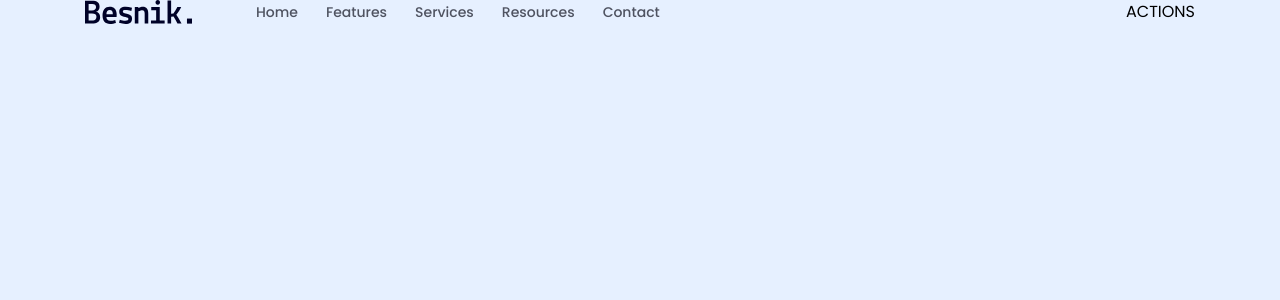
Repository: Tibi2003/f8-htmlcss-01
Page: index.html
The author's editor kept a copy of each file at every save. The page is drawn from the files as they stood at one save, then again after the next save.
The browser window is 1280 px wide. The pictures show the whole page.

Above is the page before, as saved 2024-02-05 15:50:43.

After the next save:
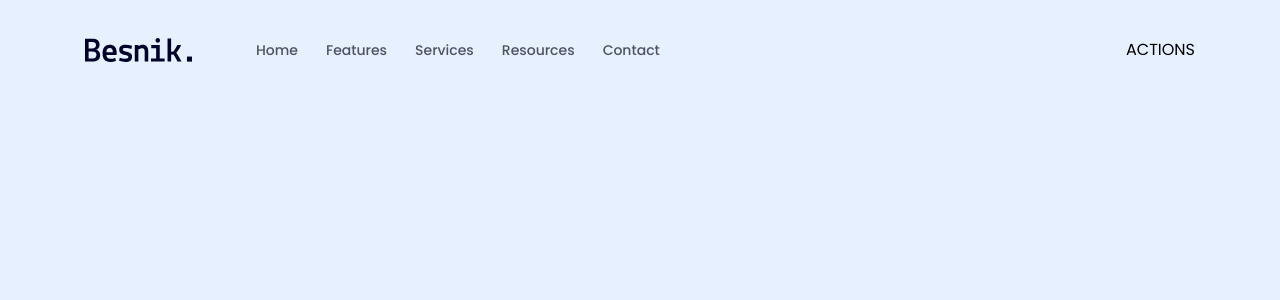
Saved 3 min 26 s later.
--- a/assets/css/styles.css
+++ b/assets/css/styles.css
@@ -31,6 +31,7 @@ a {
 .navbar {
 	display: flex;
 	align-items: center;
+	padding-top: 38px;
 }
 
 .navbar ul {
